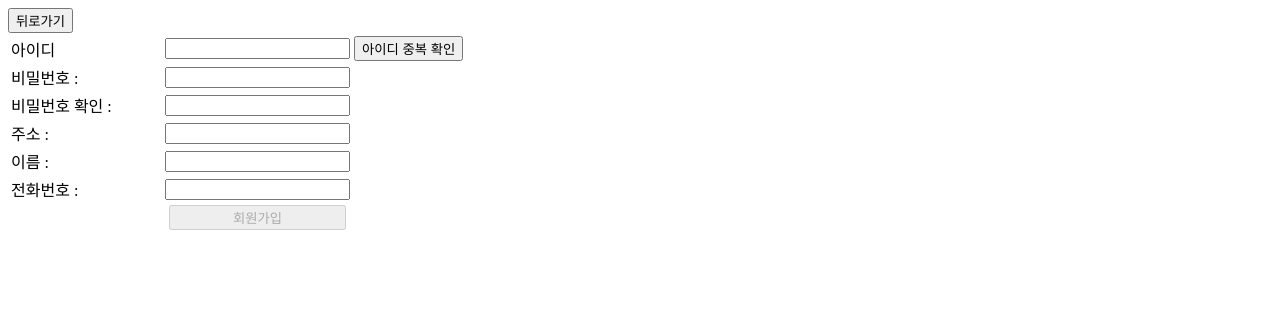
Repository: PSH-prog/var
Page: http://localhost/var/WEB-INF/user/join.jsp
The author's editor kept a copy of each file at every save. The page is drawn from the files as they stood at one save, then again after the next save.
The browser window is 1280 px wide. The pictures show the whole page.
The page is served by Tomcat 9. Nobody is signed in. Other server files are loaded and not shown. The template is opened directly, without the code that normally fills it, so the values that code supplies are empty.

Above is the page before, as saved 2024-05-24 06:39:01.

### var/src/main/webapp/WEB-INF/user/join.jsp
<%@ page language="java" contentType="text/html; charset=UTF-8" pageEncoding="UTF-8"%>
<%@ taglib uri="http://java.sun.com/jsp/jstl/core" prefix="c" %>
<%@ taglib prefix="fmt" uri="http://java.sun.com/jsp/jstl/fmt"%>
<html>
	<head>
		<title>회원 가입</title>
		<button onclick="history.back()" type="submit" >뒤로가기</button>
	</head>

	<script type="text/javascript">
		function checkForm(){

			let f = document.searchForm;

			const idCheckStt = f.getElementById("idCheck")
			const joinCheckStt = f.getElementById("join")

			joinCheckStt.addEventListener('click', () => {
				if (f.userPass.value == f.userPassCheck.value) {
					alert("비밀번호 일치");
					return true;
				} else {
					alert("비밀번호가 불일치");
					return false;
				}
			});

			idCheckStt.addEventListener('click', () => {
				if (f.userId.value == "") {
					alert("아이디 입력 필수 ");
					return false;
				}
			});
		}

	</script>
	<body>
		<form action="/var/join.do" name="searchForm" onsubmit="return checkForm()" method="get">
			<table>
				<tr>
					<td style='text-align:left;width:150px'>아이디</td>
					<td>
						<div class="form-group has-feedback">
							<input class="form-control" type="text" id="userId" name="userId" required/>
						</div>
					</td>
					<td>
						<div class="form-group has-feedback">
							<button class="btn btn-success" type="submit" id="idCheck">아이디 중복 확인</button>
						</div>
					</td>
				</tr>
				<tr>
					<td style='text-align:left;width:150px'>비밀번호 :</td>
					<td>
						<div class="form-group has-feedback">
							<input class="form-control" type="password" id="userPass" name="userPass" required/>
						</div>
					</td>
				</tr>
				<tr>
					<td style='text-align:left;width:150px'>비밀번호 확인 :</td>
					<td>
						<div class="form-group has-feedback">
							<input class="form-control" type="password" id="userPassCheck" name="userPassCheck" required/>
						</div>
					</td>
				</tr>
				<tr>
					<td style='text-align:left;width:150px'>주소 :</td>
					<td>
						<div class="form-group has-feedback">
							<input class="form-control" id="userAddr" name="userAddr" required/>
						</div>
					</td>
				</tr>
				<tr>
					<td style='text-align:left;width:150px'>이름 :</td>
					<td>
						<div class="form-group has-feedback">
							<input class="form-control" id="userName" name="userName" required/>
						</div>
					</td>
				</tr>
				<tr>
					<td style='text-align:left;width:150px'>전화번호 :</td>
					<td>
						<div class="form-group has-feedback">
							<input class="form-control" id="userCall" name="userCall" required/>
						</div>
					</td>
				</tr>
				<tr>
					<td></td>
					<td style='text-align:center'>
						<div class="form-group has-feedback">
							<button class="btn btn-success" type="submit" id="join" style='width:177px' disabled>회원가입</button>
						</div>
					</td>
				</tr>
			</table>
		</form>
	</body>

</html>

After the next save:
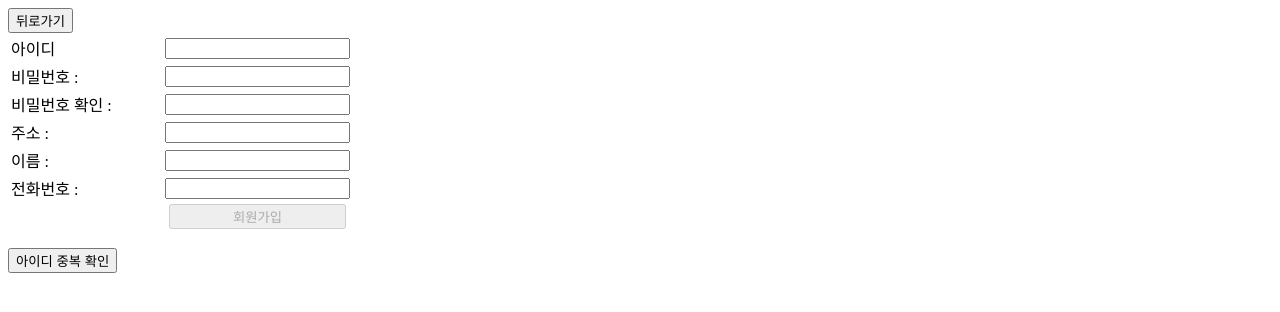
Saved 7 min 51 s later.
--- a/var/src/main/webapp/WEB-INF/user/join.jsp
+++ b/var/src/main/webapp/WEB-INF/user/join.jsp
@@ -42,11 +42,6 @@
 					<td>
 						<div class="form-group has-feedback">
 							<input class="form-control" type="text" id="userId" name="userId" required/>
-						</div>
-					</td>
-					<td>
-						<div class="form-group has-feedback">
-							<button class="btn btn-success" type="submit" id="idCheck">아이디 중복 확인</button>
 						</div>
 					</td>
 				</tr>
@@ -100,6 +95,11 @@
 				</tr>
 			</table>
 		</form>
+							<td>
+						<div class="form-group has-feedback">
+							<button class="btn btn-success" type="submit" id="idCheck">아이디 중복 확인</button>
+						</div>
+					</td>
 	</body>
 
 </html>
